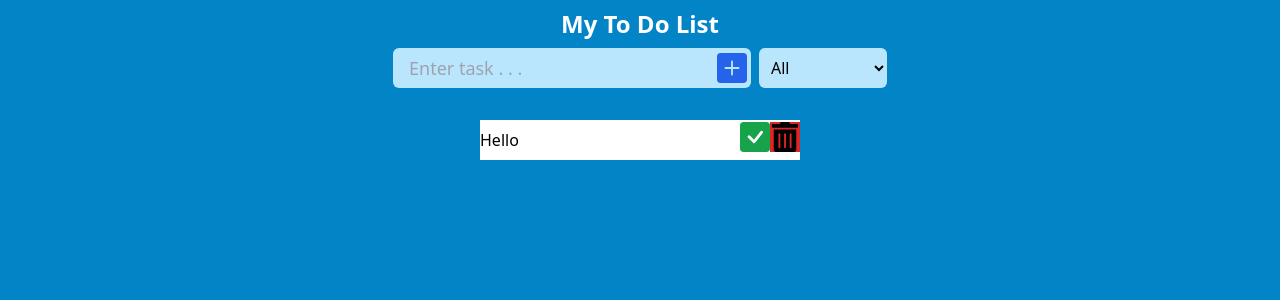
Repository: SaadYasin/react-to-do-list
Page: /
The author's editor kept a copy of each file at every save. The page is drawn from the files as they stood at one save, then again after a run of saves.
The browser window is 1280 px wide. The pictures show the whole page.
The project was rebuilt for these pictures with package versions that can differ from the ones it lists, and the page was loaded fresh each time. Also part of the build but not shown: src/App.css.

Above is the page before, as saved 2022-11-10 23:07:19.

After the next 4 saves:
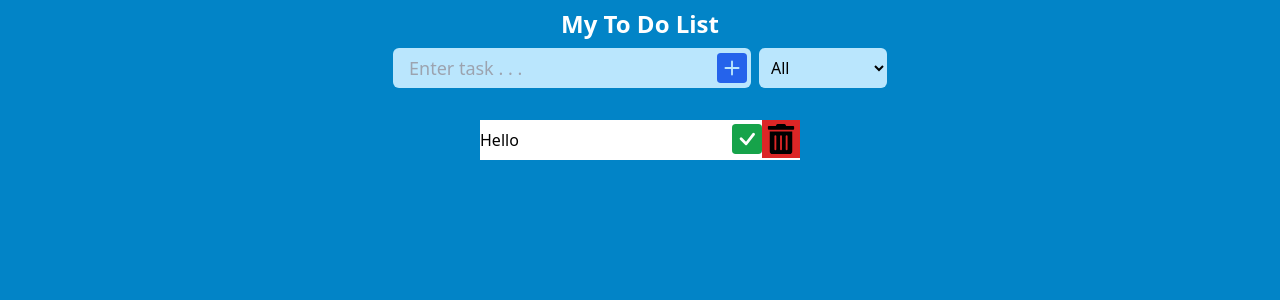
The 4 saves are shown as one change because they came seconds apart.
The last was saved 21 s later.
--- a/src/components/Todo.js
+++ b/src/components/Todo.js
@@ -10,7 +10,7 @@ const Todo = () => {
         <button className="text-green-600 text-3xl">
           <BsCheckSquareFill />
         </button>
-        <button className="text-3xl bg-red-600">
+        <button className="text-3xl bg-red-600 p-1">
           <FaTrashAlt />
         </button>
       </div>
